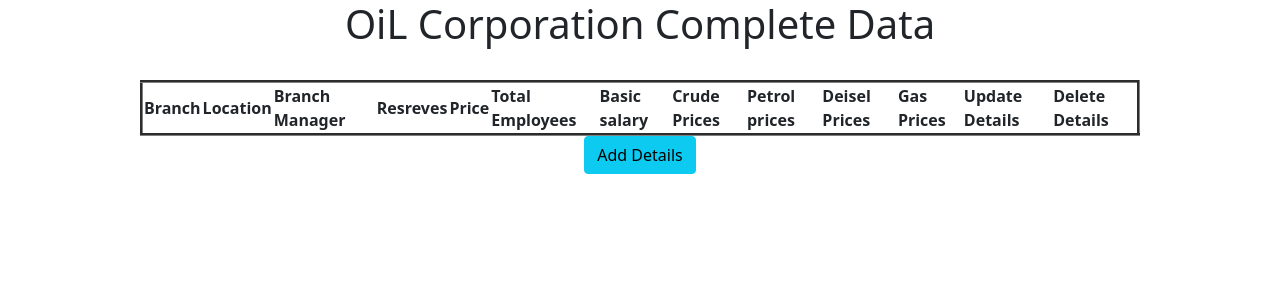
Repository: veerrajuMareddi/demo
Page: http://localhost/OilCorporation/views/result.jsp
An editor plug-in stored every save of this project. The page is shown before and after the next save, followed by the edit.
The browser window is 1280 px wide. The pictures show the whole page.
The page is served by Tomcat 9. Other server files are loaded and not shown. The template is opened directly, without the code that normally fills it, so the values that code supplies are empty.

Above is the page before, as saved 2022-05-03 13:49:42.

### OilCorporation/src/main/webapp/views/result.jsp

<%@ page language="java" contentType="text/html; charset=ISO-8859-1"
pageEncoding="ISO-8859-1"%>
<%@ taglib uri="http://www.springframework.org/tags/form" prefix="form"%>
<%@taglib prefix="c" uri="http://java.sun.com/jsp/jstl/core"%>
<!DOCTYPE html>
<html>
<head>
<link
	href="https://cdn.jsdelivr.net/npm/bootstrap@5.1.3/dist/css/bootstrap.min.css"
	rel="stylesheet"
	integrity="sha384-1BmE4kWBq78iYhFldvKuhfTAU6auU8tT94WrHftjDbrCEXSU1oBoqyl2QvZ6jIW3"
	crossorigin="anonymous">
	<script
	src="https://cdn.jsdelivr.net/npm/bootstrap@5.1.3/dist/js/bootstrap.bundle.min.js"
	integrity="sha384-ka7Sk0Gln4gmtz2MlQnikT1wXgYsOg+OMhuP+IlRH9sENBO0LRn5q+8nbTov4+1p"
	crossorigin="anonymous"></script>
<meta charset="ISO-8859-1">
<title>Insert title here</title>
</head>
<body>
<center>
<h1>OiL Corporation Complete Data</h1>

<br>
<table border="3" style="width:1000px" style="text-align:center">

<tr>
<th>Branch</th>
<th>Location</th>
<th>Branch Manager</th>
<th>Resreves</th>
<th>Price</th>
<th>Total Employees</th>
<th>Basic salary</th>
<th>Crude Prices</th>
<th>Petrol prices</th>
<th>Deisel Prices</th>

<th>Gas Prices</th>
<th>Update Details </th>
<th>Delete Details</th>
</tr>
<c:forEach var="emp" items="${oilCorp}" >
<tr>


<c:url var="deleteLink" value="/src/deleteById">
								<c:param name="Id" value="${emp.branch}" />
							</c:url>

<c:url var="updateLink" value="/src/update">
								<c:param name="Id" value="${emp.branch}" />
							</c:url>
<center>
<td>${emp.branch}</td>
<td>${emp.location}</td>
<td>${emp.branchManager}</td>
<td>${emp.oilReserves}</td>
<td>${emp.barrelPrice}</td>
<td>${emp.emp.toatalEmployees}</td>
<td>${emp.emp.salary}</td>
<td>${emp.prices.crudePrice}</td>
<td>${emp.prices.petrolPrice}</td>
<td>${emp.prices.dieselPrice}</td>
<td>${emp.prices.gasPrice}</td>
<td><a href="${updateLink}" class="btn btn-info">Update</a></td>
<td><a href="${deleteLink}" class="btn btn-danger">delete</a></td>
</center>
</tr>
</c:forEach>

</table>
<a class="btn btn-info" href="/src/callsave">Add Details</a>

</center>

</body>
</html>

After the next save:
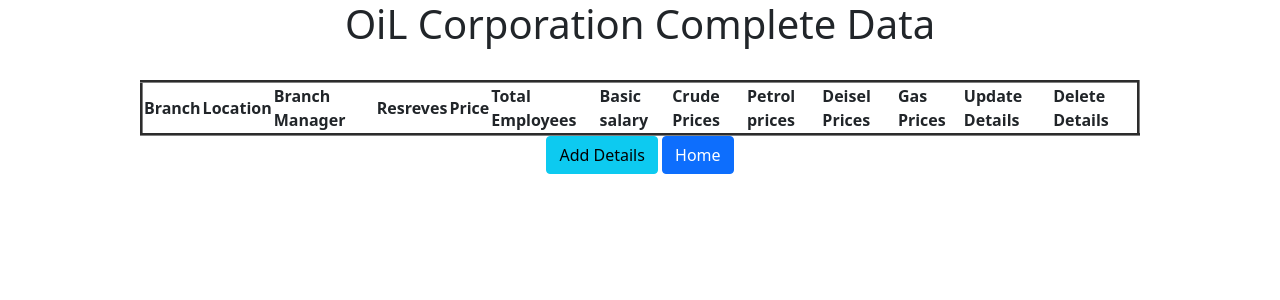
Saved 33 s later.
--- a/OilCorporation/src/main/webapp/views/result.jsp
+++ b/OilCorporation/src/main/webapp/views/result.jsp
@@ -72,6 +72,8 @@ pageEncoding="ISO-8859-1"%>
 
 </table>
 <a class="btn btn-info" href="/src/callsave">Add Details</a>
+<a class="btn btn-primary" href="/src/index">Home</a>
+
 
 </center>
 
